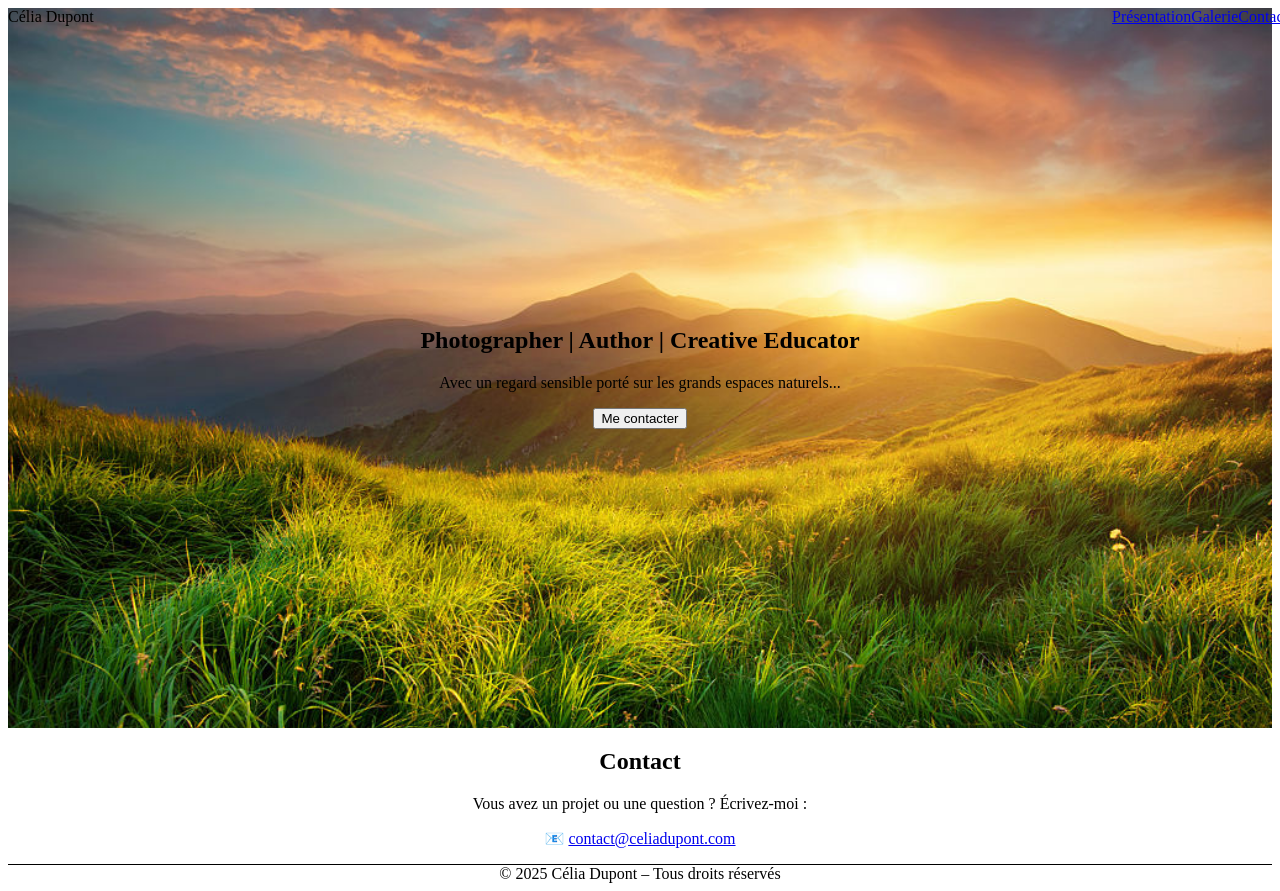
Repository: vincelhx/cd-photogrphy
Page: /
The author's editor kept a copy of each file at every save. The page is drawn from the files as they stood at one save, then again after the next save.
The browser window is 1280 px wide. The pictures show the whole page.
The project was rebuilt for these pictures with package versions that can differ from the ones it lists, and the page was loaded fresh each time. Also part of the build but not shown: vite.config.ts, src/components/Gallery.tsx, src/pages/Portfolio.tsx.

Above is the page before, as saved 2025-08-04 13:58:45.

### index.html
<!doctype html>
<html lang="en">
  <head>
    <meta charset="UTF-8" />
    <link rel="icon" type="image/svg+xml" href="/vite.svg" />
    <meta name="viewport" content="width=device-width, initial-scale=1.0" />
    <title>Vite + React + TS</title>
    <link href="https://fonts.googleapis.com/css2?family=Dancing+Script&display=swap" rel="stylesheet">

  </head>
  <body>
    <div id="root"></div>
    <script type="module" src="/src/main.tsx"></script>
  </body>
</html>

### src/main.tsx
// src/main.tsx
import React from 'react'
import ReactDOM from 'react-dom/client'
import App from './App.tsx'
import './css/global.css'

ReactDOM.createRoot(document.getElementById('root')!).render(
  <React.StrictMode>
    <App />
  </React.StrictMode>,
)

### src/App.tsx
import React from 'react';
import { BrowserRouter as Router, Routes, Route } from 'react-router-dom';
import Home from './pages/Home';
import Portfolio from './pages/Portfolio';

const App: React.FC = () => {
  return (
    <Router>
      <Routes>
        <Route path="/" element={<Home />} />
        <Route path="/portfolio" element={<Portfolio />} />
        {/* autres routes plus tard */}
      </Routes>
    </Router>
  );
};

export default App;

### src/css/global.css
@tailwind base;
@tailwind components;
@tailwind utilities;

.no-scrollbar::-webkit-scrollbar {
  display: none;
}
.no-scrollbar {
  -ms-overflow-style: none;
  scrollbar-width: none;
}

### src/pages/Home.tsx
import React from "react";
import Navbar from "./NavBar";

const Home: React.FC = () => {
  return (
    <div className="font-sans text-gray-800 overflow-x-hidden scroll-smooth">
      <Navbar />

      {/* Main section */}
      <main className="pt-20">
        {" "}
        {/* espace pour navbar fixe */}
        <section
          id="presentation"
          className="min-h-screen flex items-center justify-center bg-cover bg-center px-4"
          style={{ backgroundImage: `url("/photos/photo1.png")` }}>
          <div className="bg-white/80 backdrop-blur-sm text-gray-800 p-8 rounded-md shadow-lg max-w-2xl text-center">
            <h1 className="text-2xl md:text-3xl font-semibold mb-4">
              Photographer | Author | Creative Educator
            </h1>
            <p className="text-base md:text-lg text-gray-700 mb-6">
              Avec un regard sensible porté sur les grands espaces naturels...
            </p>
            <a href="#contact">
              <button className="bg-black text-white px-6 py-2 rounded hover:bg-gray-800 transition">
                Me contacter
              </button>
            </a>
          </div>
        </section>
      </main>

      {/* Contact section */}
      <section id="contact" className="py-20 px-6 bg-gray-50 text-center">
        <div className="max-w-2xl mx-auto">
          <h2 className="text-3xl font-bold mb-6">Contact</h2>
          <p className="text-lg mb-4 text-gray-600">
            Vous avez un projet ou une question ? Écrivez-moi :
          </p>
          <p className="text-lg font-medium">
            📧{" "}
            <a
              href="mailto:contact@celiadupont.com"
              className="text-blue-600 underline">
              contact@celiadupont.com
            </a>
          </p>
        </div>
      </section>

      {/* Footer */}
      <footer className="py-6 bg-white text-center text-sm text-gray-500 border-t">
        &copy; {new Date().getFullYear()} Célia Dupont – Tous droits réservés
      </footer>
    </div>
  );
};

export default Home;

### src/pages/NavBar.tsx
import React from "react";

const Navbar: React.FC = () => {
  return (
    <nav className="fixed top-0 left-0 w-full bg-white shadow-md z-50">
      <div className="max-w-6xl mx-auto px-6 py-4 flex items-center justify-between">
        {/* Nom à gauche */}
        <div className="text-lg font-bold text-gray-800">Célia Dupont</div>

        {/* Liens à droite — PAS de bullet, 100% horizontal */}
        <div className="space-x-8 text-gray-700 text-sm font-medium">
          <a href="#presentation" className="hover:text-black">
            Présentation
          </a>
          <a href="#gallery" className="hover:text-black">
            Galerie
          </a>
          <a href="#contact" className="hover:text-black">
            Contact
          </a>
        </div>
      </div>
    </nav>
  );
};

export default Navbar;

After the next save:
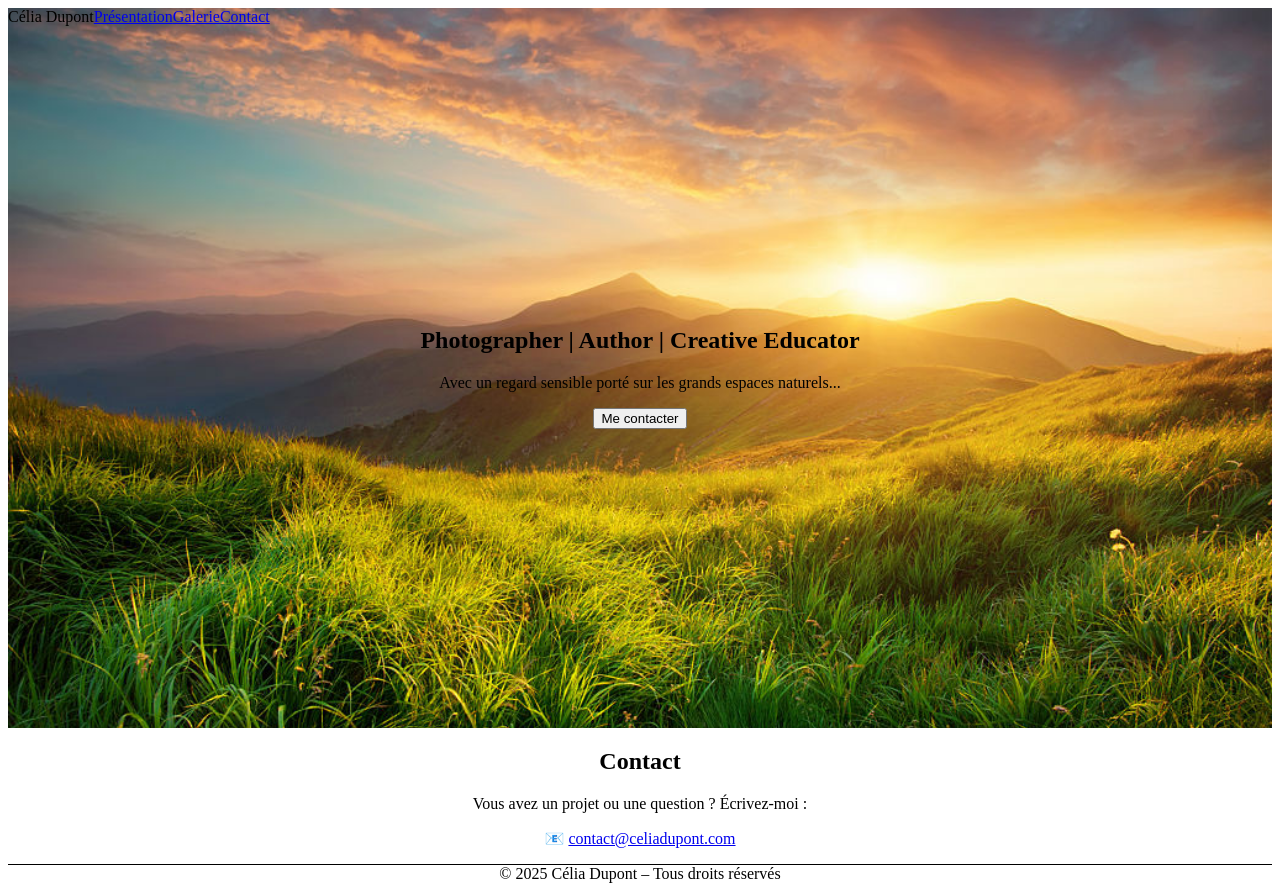
Saved 41 s later.
--- a/src/pages/NavBar.tsx
+++ b/src/pages/NavBar.tsx
@@ -2,20 +2,20 @@
 
 const Navbar: React.FC = () => {
   return (
-    <nav className="fixed top-0 left-0 w-full bg-white shadow-md z-50">
-      <div className="max-w-6xl mx-auto px-6 py-4 flex items-center justify-between">
+    <nav className="fixed top-0 left-0 right-0 bg-white shadow-md z-50">
+      <div className="mx-auto max-w-7xl px-6 h-16 flex items-center justify-between">
         {/* Nom à gauche */}
-        <div className="text-lg font-bold text-gray-800">Célia Dupont</div>
+        <div className="text-lg font-semibold text-gray-800">Célia Dupont</div>
 
-        {/* Liens à droite — PAS de bullet, 100% horizontal */}
-        <div className="space-x-8 text-gray-700 text-sm font-medium">
-          <a href="#presentation" className="hover:text-black">
+        {/* Liens à droite */}
+        <div className="flex gap-8 text-gray-700 text-sm font-medium">
+          <a href="#presentation" className="hover:text-black transition">
             Présentation
           </a>
-          <a href="#gallery" className="hover:text-black">
+          <a href="#gallery" className="hover:text-black transition">
             Galerie
           </a>
-          <a href="#contact" className="hover:text-black">
+          <a href="#contact" className="hover:text-black transition">
             Contact
           </a>
         </div>

After the save that followed:
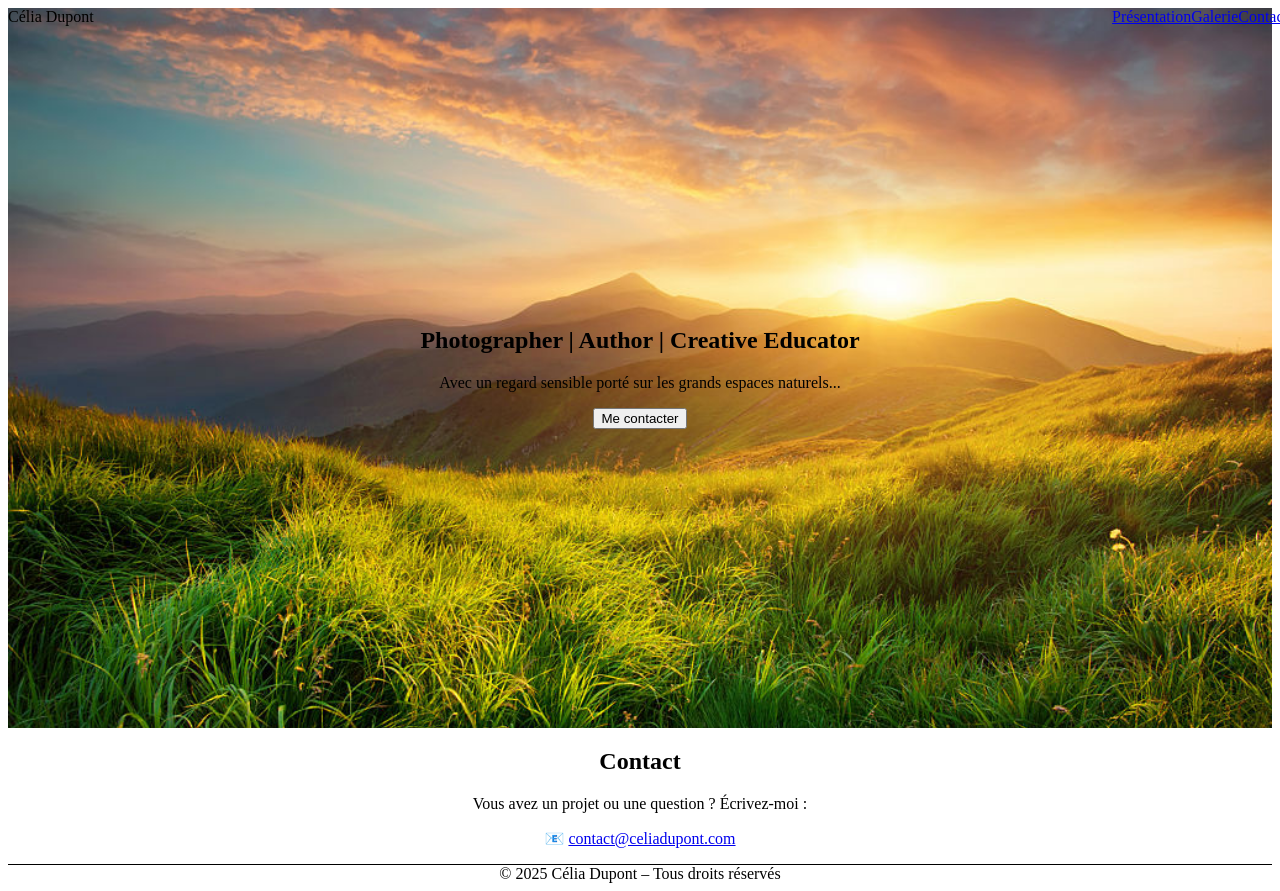
Saved 6 s later.
--- a/src/pages/NavBar.tsx
+++ b/src/pages/NavBar.tsx
@@ -2,20 +2,20 @@
 
 const Navbar: React.FC = () => {
   return (
-    <nav className="fixed top-0 left-0 right-0 bg-white shadow-md z-50">
-      <div className="mx-auto max-w-7xl px-6 h-16 flex items-center justify-between">
+    <nav className="fixed top-0 left-0 w-full bg-white shadow-md z-50">
+      <div className="max-w-6xl mx-auto px-6 py-4 flex items-center justify-between">
         {/* Nom à gauche */}
-        <div className="text-lg font-semibold text-gray-800">Célia Dupont</div>
+        <div className="text-lg font-bold text-gray-800">Célia Dupont</div>
 
-        {/* Liens à droite */}
-        <div className="flex gap-8 text-gray-700 text-sm font-medium">
-          <a href="#presentation" className="hover:text-black transition">
+        {/* Liens à droite — PAS de bullet, 100% horizontal */}
+        <div className="space-x-8 text-gray-700 text-sm font-medium">
+          <a href="#presentation" className="hover:text-black">
             Présentation
           </a>
-          <a href="#gallery" className="hover:text-black transition">
+          <a href="#gallery" className="hover:text-black">
             Galerie
           </a>
-          <a href="#contact" className="hover:text-black transition">
+          <a href="#contact" className="hover:text-black">
             Contact
           </a>
         </div>
